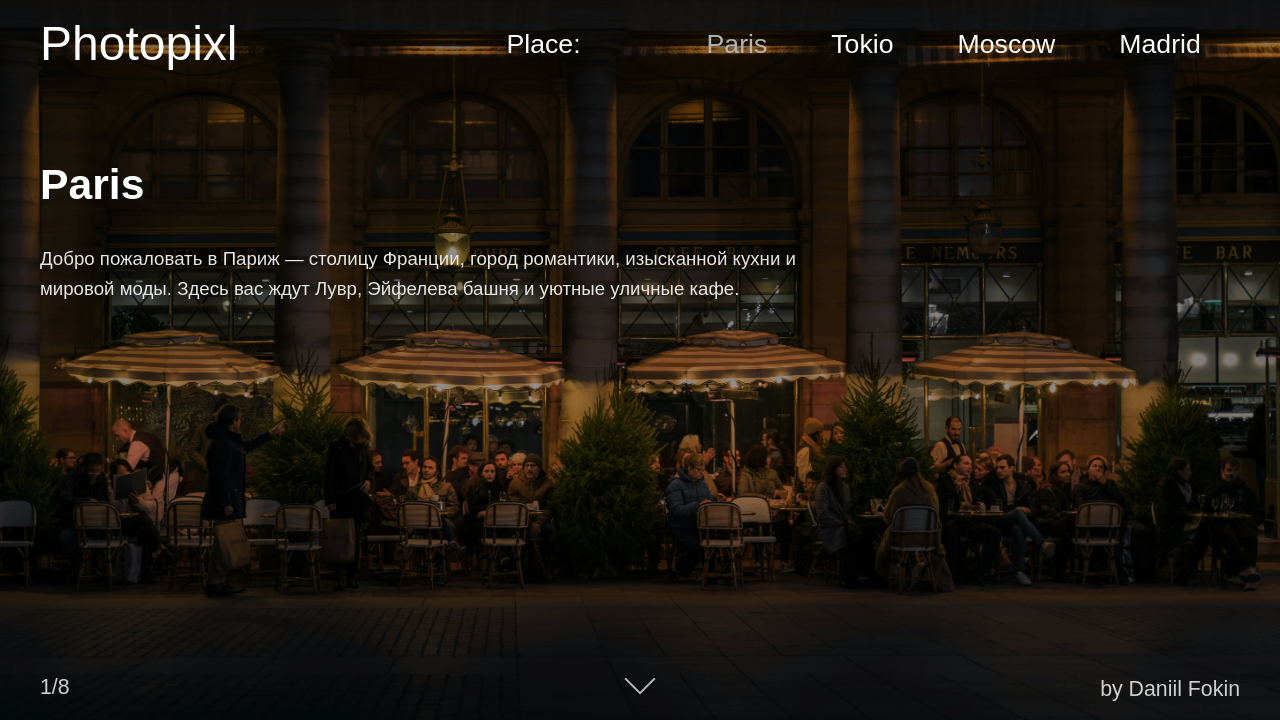
Repository: git-daniil/place-site
Page: index.html
An editor plug-in stored every save of this project. The page is shown before and after the next save, followed by the edit.
The browser window is 1280 px wide. The pictures show the whole page.
Backgrounds fixed to the window are drawn as part of the page. Some web fonts or font styles are not loaded; a fallback is used.

Above is the page before, as saved 2026-05-20 14:11:30.

After the next save:
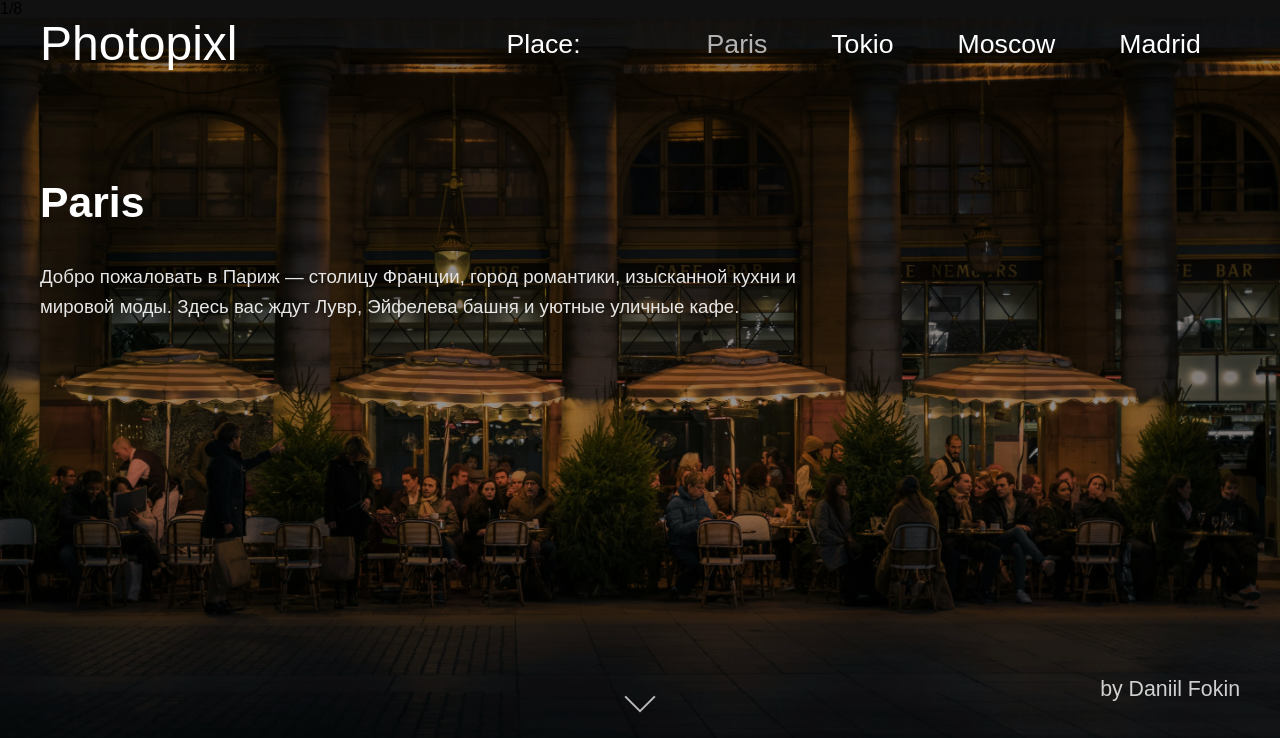
Saved 46 s later.
--- a/style.css
+++ b/style.css
@@ -182,24 +182,7 @@ body.paris-page .author-label {
     z-index: 10;
 }
 
-.slide-counter {
-    display: none;
-}
-
-body.paris-page .slide-counter {
-    display: block;
-    position: fixed;
-    bottom: 20px;
-    left: 40px;
-    font-family: 'Seenonim', sans-serif;
-    font-size: 16pt;
-    color: #ffffff;
-    opacity: 0.8;
-    z-index: 10;
-}
-
-body.paris-page .page-wrapper:not(.loaded) ~ .author-label,
-body.paris-page .page-wrapper:not(.loaded) ~ .slide-counter {
+body.paris-page .page-wrapper:not(.loaded) ~ .author-label {
     opacity: 0;
 }
 

After the save that followed:
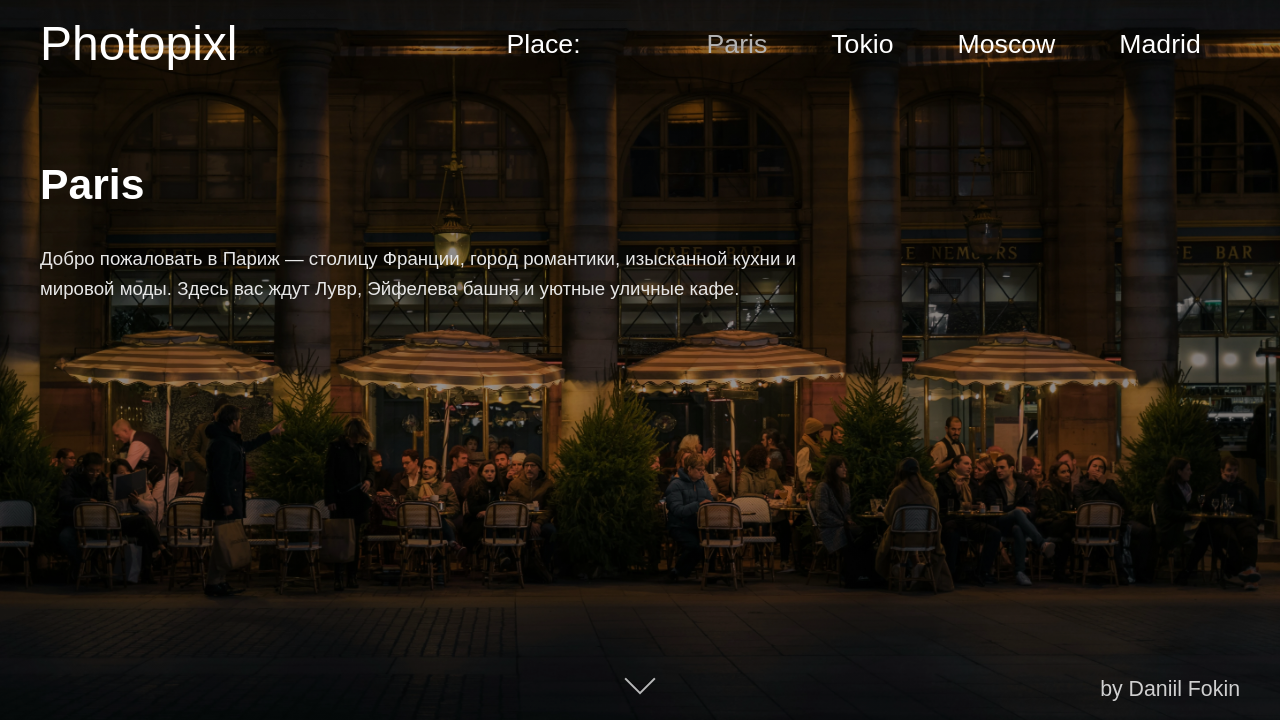
Saved 4 s later.
--- a/index.html
+++ b/index.html
@@ -16,7 +16,6 @@
         </div>
     </div>
 
-    <div class="slide-counter">1/8</div>
     <div class="author-label">by Daniil Fokin</div>
 
     <div class="page-wrapper">
@@ -144,11 +143,6 @@
 
             sections[currentSection].scrollIntoView({ behavior: 'smooth' });
 
-            const counter = document.querySelector('.slide-counter');
-            if (counter) {
-                counter.textContent = `${currentSection + 1}/${sections.length}`;
-            }
-
             const scrollHint = document.querySelector('.scroll-hint');
             if (scrollHint && currentSection > 0) {
                 scrollHint.classList.add('hide');
